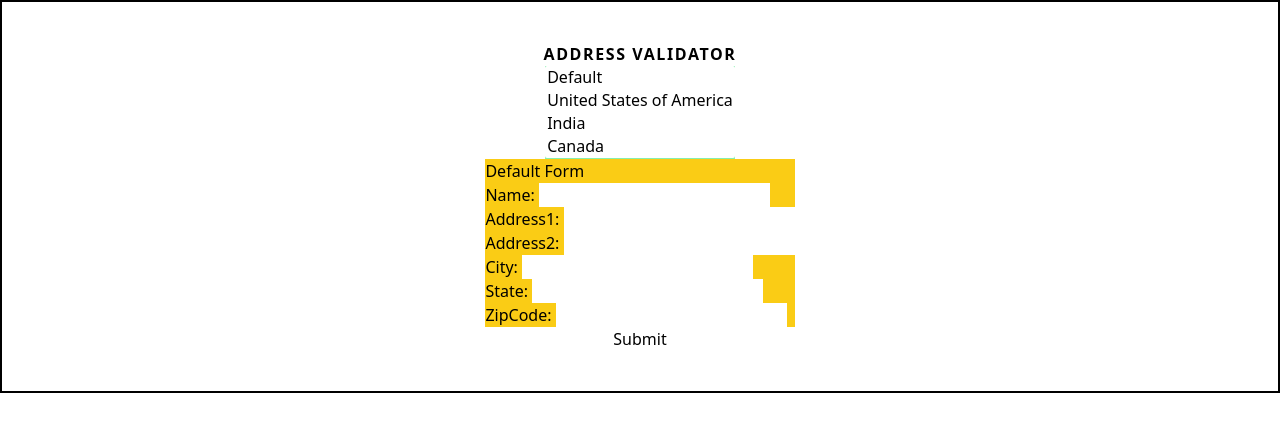
Repository: jay-singhvi/SWArchDesign_TeamProject
Page: / (app in frontend/address-validation/)
An editor plug-in stored every save of this project. The page is shown before and after the next save, followed by the edit.
The browser window is 1280 px wide. The pictures show the whole page.
The project was rebuilt for these pictures with package versions that can differ from the ones it lists, and the page was loaded fresh each time. Also part of the build but not shown: frontend/address-validation/src/App.css.

Above is the page before, as saved 2023-03-07 13:43:37.

After the next save:
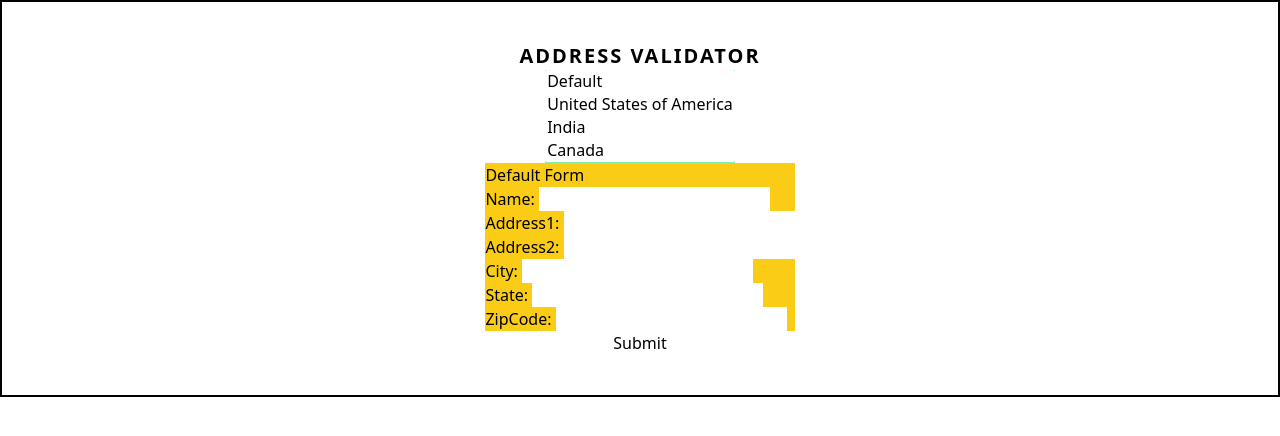
Saved 26 s later.
--- a/frontend/address-validation/src/App.js
+++ b/frontend/address-validation/src/App.js
@@ -141,7 +141,7 @@ function App() {
   return (
     <div className=' items-center justify-between min-h-screen  '>
     <div className='  py-10 flex flex-col items-center border-2 border-black'>
-      <h1 className=' uppercase tracking-widest font-bold'>Address Validator</h1>
+      <h1 className=' uppercase tracking-widest font-bold text-xl'>Address Validator</h1>
       <div className=' bg-green-300'>
         <select multiple value={countryList} onChange={handleSelectedCountry}>
           {countries.map((country) => (
